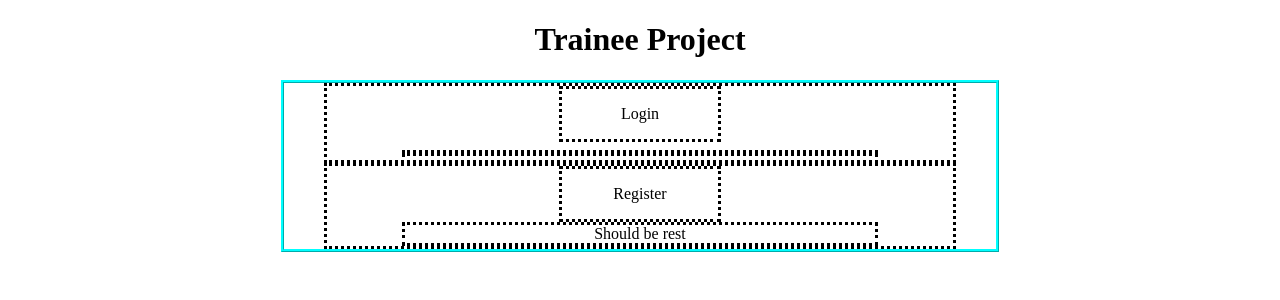
Repository: LsCodeMaster/Training
Page: Trainee/WebContent/trainee.html
These files come from the project's save history. The page is drawn as it stood at one moment and after the next save; the edit follows.
The browser window is 1280 px wide. The pictures show the whole page.

Above is the page before, as saved 2015-09-15 10:12:21.

### Trainee/WebContent/trainee.html
<!DOCTYPE html>
<html>
<head>
<meta charset="ISO-8859-1">
<title>Trainee Project</title>
<link type = "text/css" href="css/style.css" rel="stylesheet">
</head>
<body>
	<h1>Trainee Project</h1>
	<div class="centeredBox">
		<div>
			<div class="loginType">
				<p>Login</p>
			</div>
			<div class="loginInfo">

			</div>
		</div>
		<div>
			<div class="loginType">
				<p>Register</p>
			</div>
			<div class="loginInfo">
				Should be rest
			</div>
		</div>
	</div>
</body>
</html>

### Trainee/WebContent/css/style.css
.centeredBox{
    margin: auto;
	border-style: ridge;
	border-color: aqua;
	width: 50%;
	padding: 40 px;
	padding-left: 40px;
	padding-right: 40px;
}
.centeredBox div{
	border-style: dotted;
	text-align: center;
}
.loginType{
	display: inline-block;
	width: 25%;
}
.loginInfo{
	display: inline-block;
	width:75%;
}
h1{
    text-align: center;
}
.border{
	border-style: dotted;
}

After the next save:
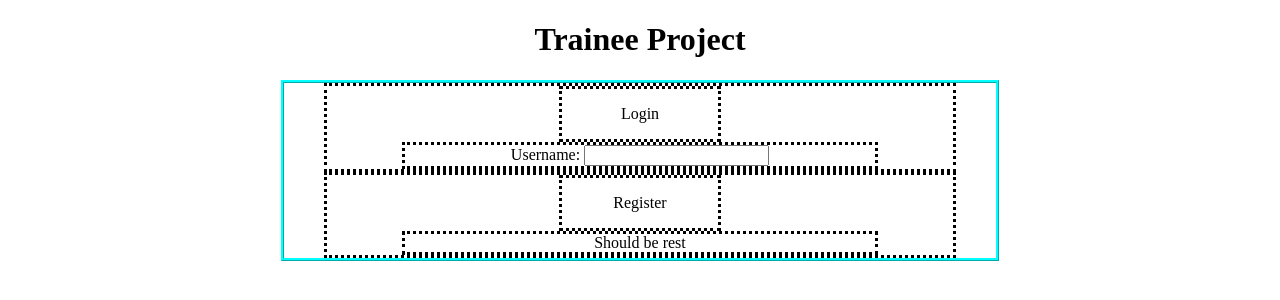
Saved 118 s later.
--- a/Trainee/WebContent/trainee.html
+++ b/Trainee/WebContent/trainee.html
@@ -13,7 +13,9 @@
 				<p>Login</p>
 			</div>
 			<div class="loginInfo">
-
+				<form name="login">
+					Username: <input></input>
+				</form>
 			</div>
 		</div>
 		<div>
